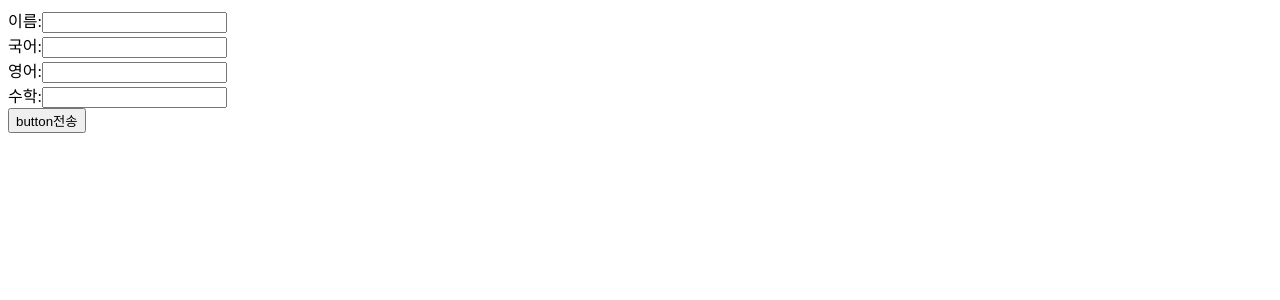
Repository: yubeens/JSP
Page: http://localhost/JSP_Project/exam/scoreInput3.jsp
These files come from the project's save history. The page is drawn as it stood at one moment and after the next save; the edit follows.
The browser window is 1280 px wide. The pictures show the whole page.
The page is served by Tomcat 9.

Above is the page before, as saved 2025-02-27 02:41:09.

After the next save:
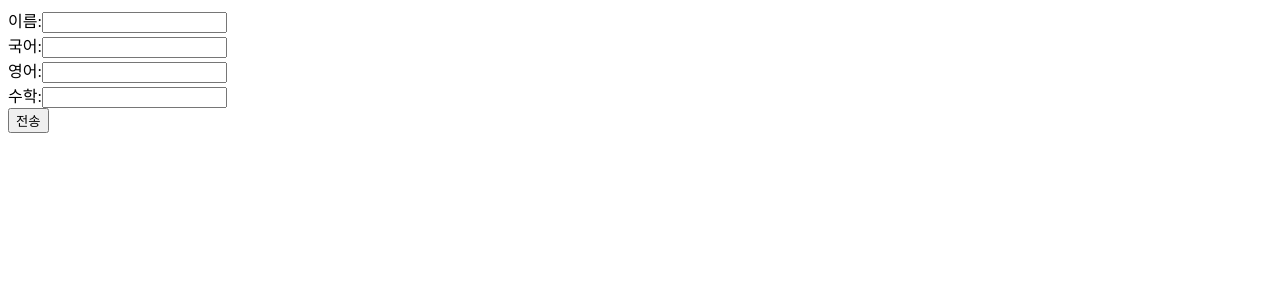
Saved 104 s later.
--- a/JSP_Project/src/main/webapp/exam/scoreInput3.jsp
+++ b/JSP_Project/src/main/webapp/exam/scoreInput3.jsp
@@ -5,22 +5,14 @@
 <head>
 <meta charset="UTF-8">
 <title>Insert title here</title>
-<script>
-	function check(){
-		if(document.frm.name.value==""){
-			alert("이름을 입력하세요")
-		}
-
-	}
-</script>
 </head>
 <body>
-<form action="scoreResult.jsp" name="frm">
-	이름:<input type="text" name="name"><br/>
-	국어:<input type="text" name="kor"><br/>
-	영어:<input type="text" name="eng"><br/>
-	수학:<input type="text" name="math"><br/>
-	<input type="button" value="button전송" onclick="check()"/>
+<form action="scoreResult.jsp" method="post">
+이름:<input type="text" name="name"><br/>
+국어:<input type="text" name="kor"><br/>
+영어:<input type="text" name="eng"><br/>
+수학:<input type="text" name="math"><br/>
+<input type="submit" value="전송"/>
 </form>
 </body>
 </html>
